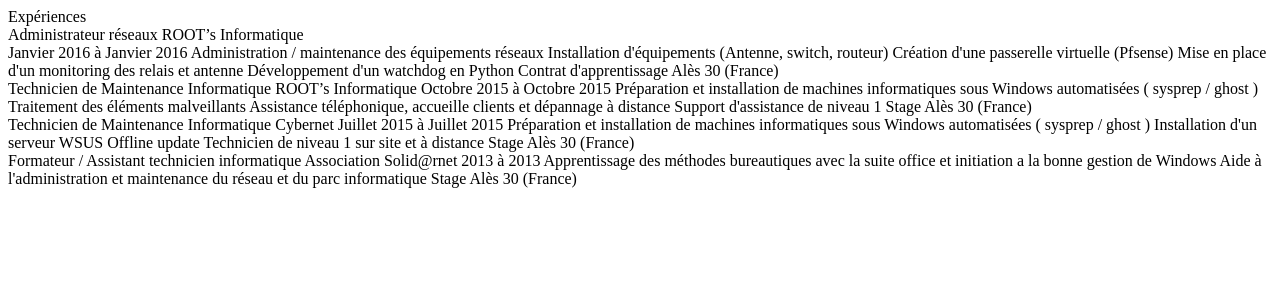
Repository: Nosra/openclassrooms_tuto
Page: tuto_htmlcss/MonCV/test.html
An editor plug-in stored every save of this project. The page is shown before and after the next save, followed by the edit.
The browser window is 1280 px wide. The pictures show the whole page.

Above is the page before, as saved 2016-07-21 17:42:14.

After the next save:
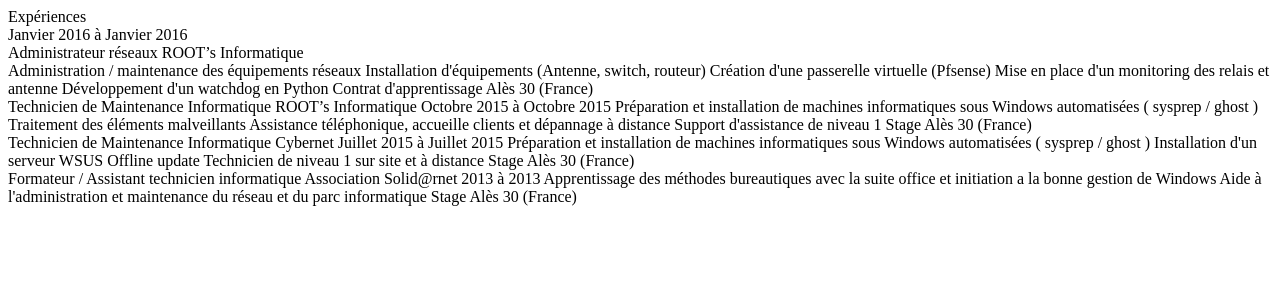
Saved 42 s later.
--- a/tuto_htmlcss/MonCV/test.html
+++ b/tuto_htmlcss/MonCV/test.html
@@ -4,13 +4,13 @@
 	</header>
 	<section>
 		<aside>
+					Janvier 2016 à Janvier 2016
 		</aside>
 		<article>
 		<header>
 		Administrateur réseaux
 		ROOT’s Informatique
 		</header>
-		Janvier 2016 à Janvier 2016
 		Administration / maintenance des équipements réseaux
 		Installation d'équipements (Antenne, switch, routeur)
 		Création d'une passerelle virtuelle (Pfsense)
